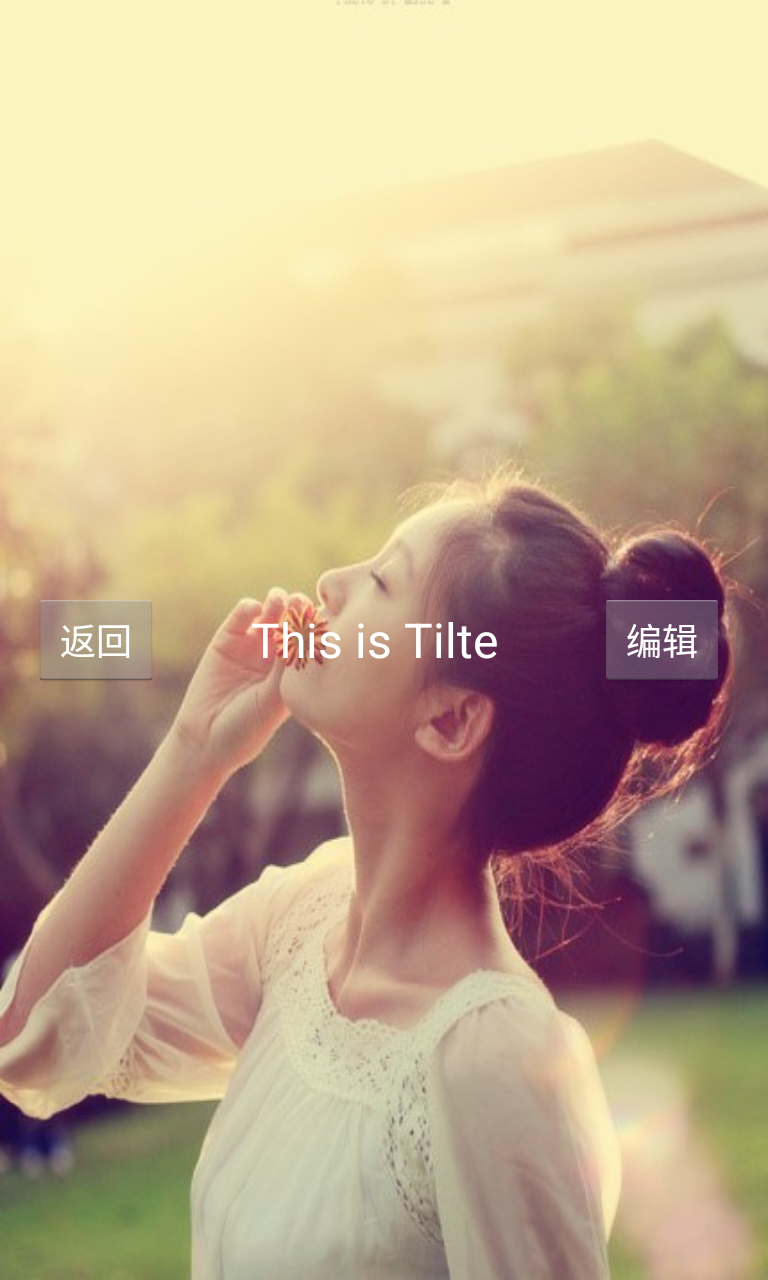
Repository: jinpp/Android
Layout: UICustomViews/res/layout/title.xml
An editor plug-in stored every save of this project. The layout is shown before and after a run of saves, followed by the edit.
It is drawn on a 768 x 1280 px phone screen (xhdpi) without system bars, with theme AppTheme; the app's code is not run.

Above is the layout before, as saved 2016-11-17 05:25:20.

After the next 2 saves:
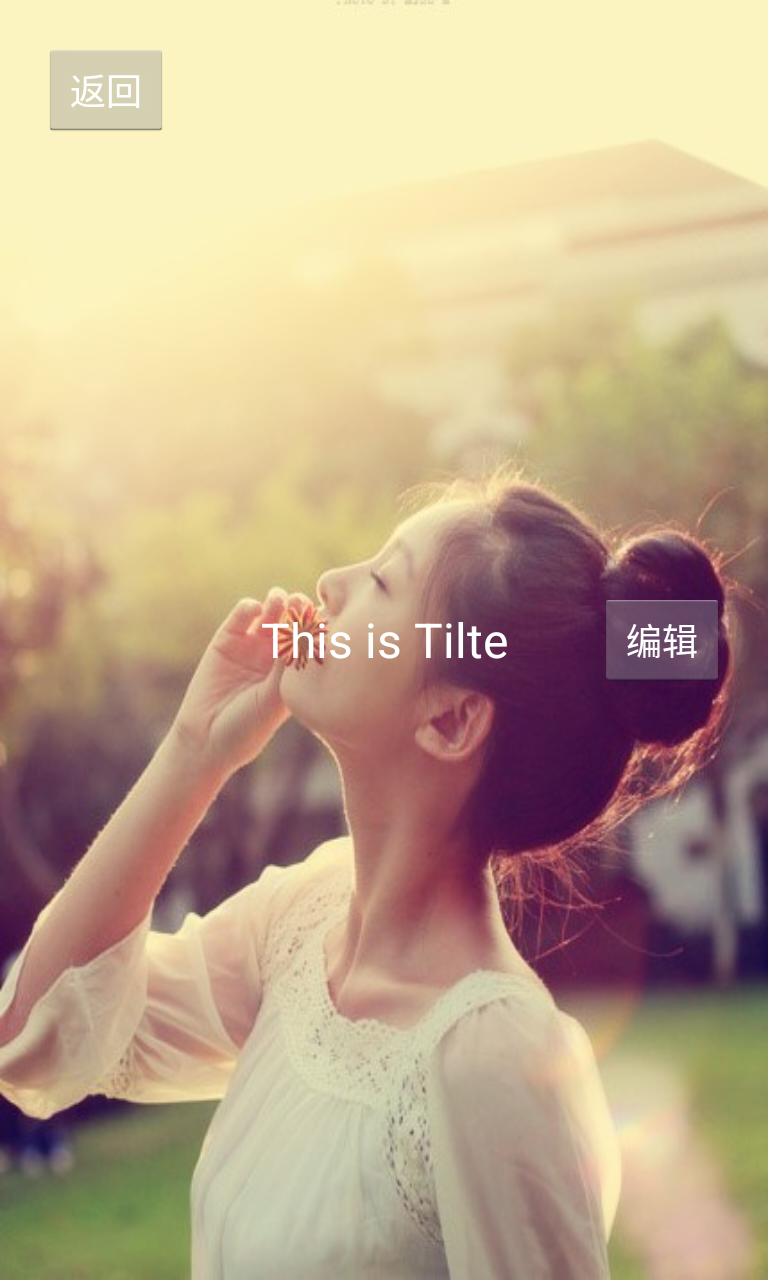
The 2 saves are shown as one change because they came seconds apart.
The last was saved 15 s later.
--- a/UICustomViews/res/layout/title.xml
+++ b/UICustomViews/res/layout/title.xml
@@ -13,9 +13,8 @@
         android:id="@+id/rbutton"
         android:layout_width="wrap_content"
         android:layout_height="wrap_content"
-        android:layout_gravity="center"
-        android:layout_marginTop="0dip"
 
+        android:layout_margin="5dip"
         android:textColor="#fff"
         android:text="返回" />
 
